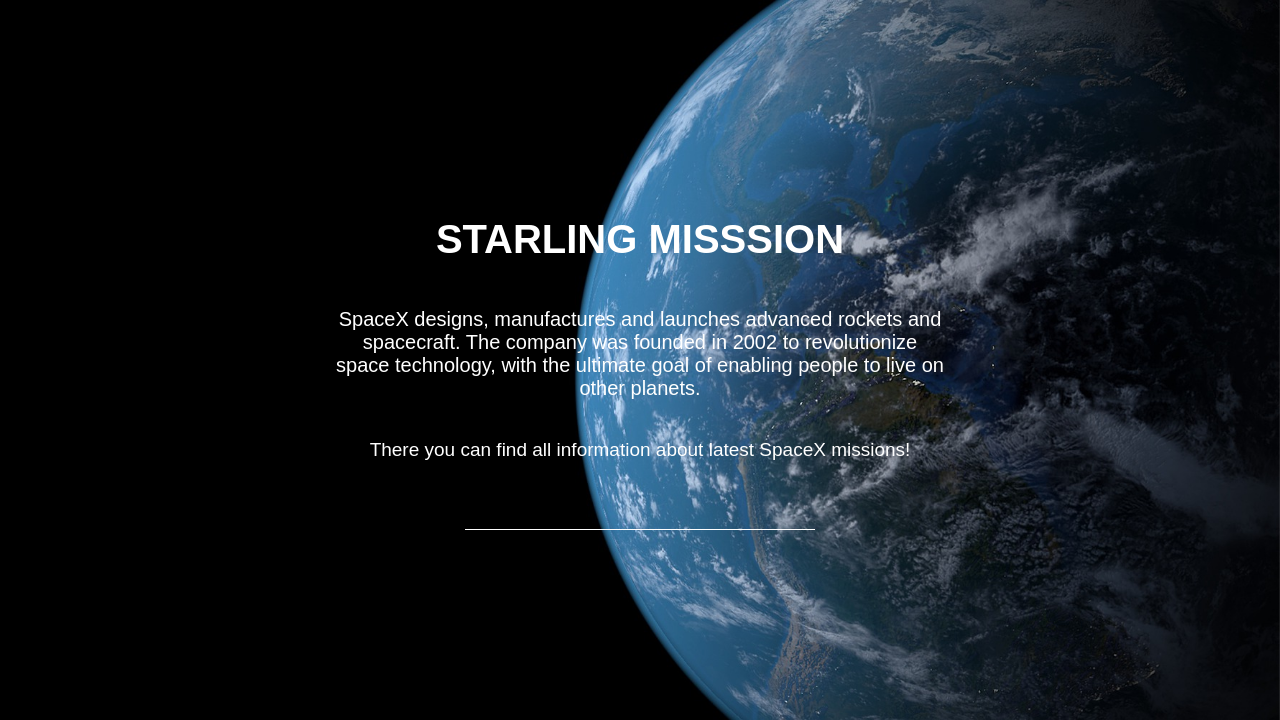
Repository: PJasiczek/vue-shop
Page: /#/
An editor plug-in stored every save of this project. The page is shown before and after the next save, followed by the edit.
The browser window is 1280 px wide. The pictures show the whole page.
Some web fonts or font styles are not loaded; a fallback is used. The project was rebuilt for these pictures with package versions that can differ from the ones it lists, and the page was loaded fresh each time.

Above is the page before, as saved 2020-04-06 17:34:17.

After the next save:
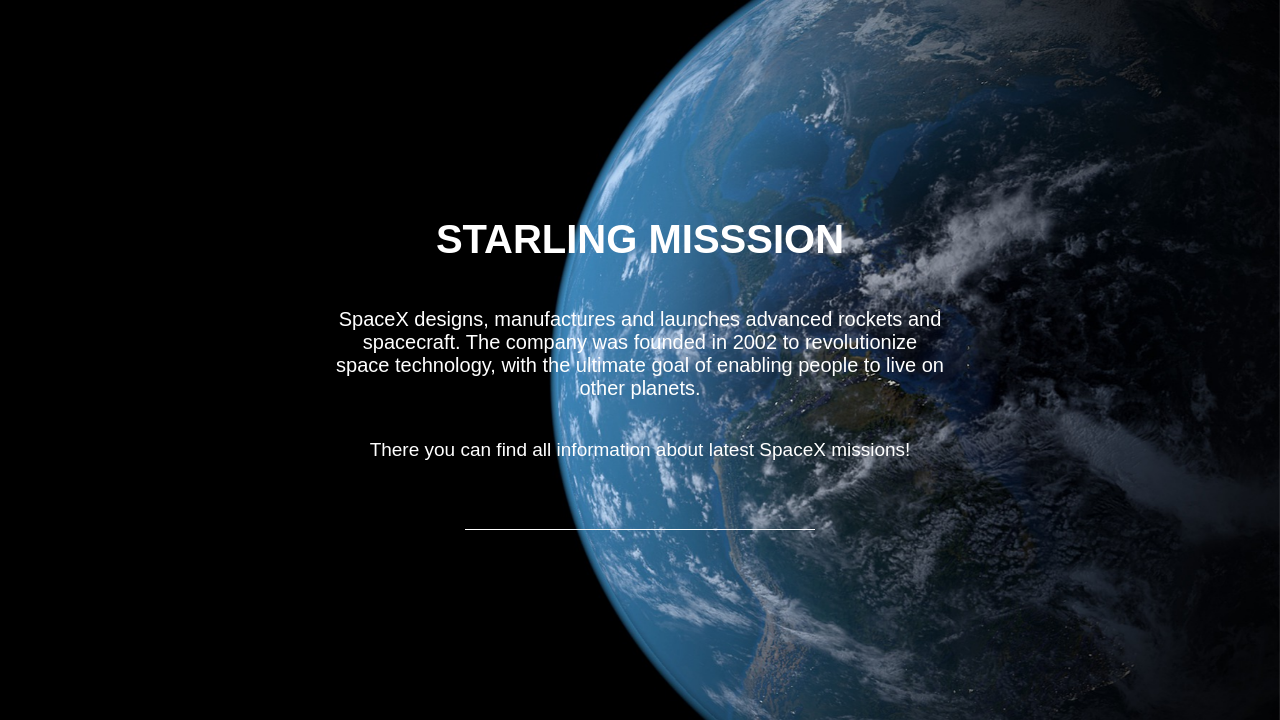
Saved 16 s later.
--- a/src/components/BackgroundImage.vue
+++ b/src/components/BackgroundImage.vue
@@ -18,7 +18,7 @@
     background: url('../assets/4.jpg');
     background-repeat: no-repeat;
     background-size: cover;
-    background-position: 0% -250%;
+    background-position: 25% 75%;
 }
 
 </style>
